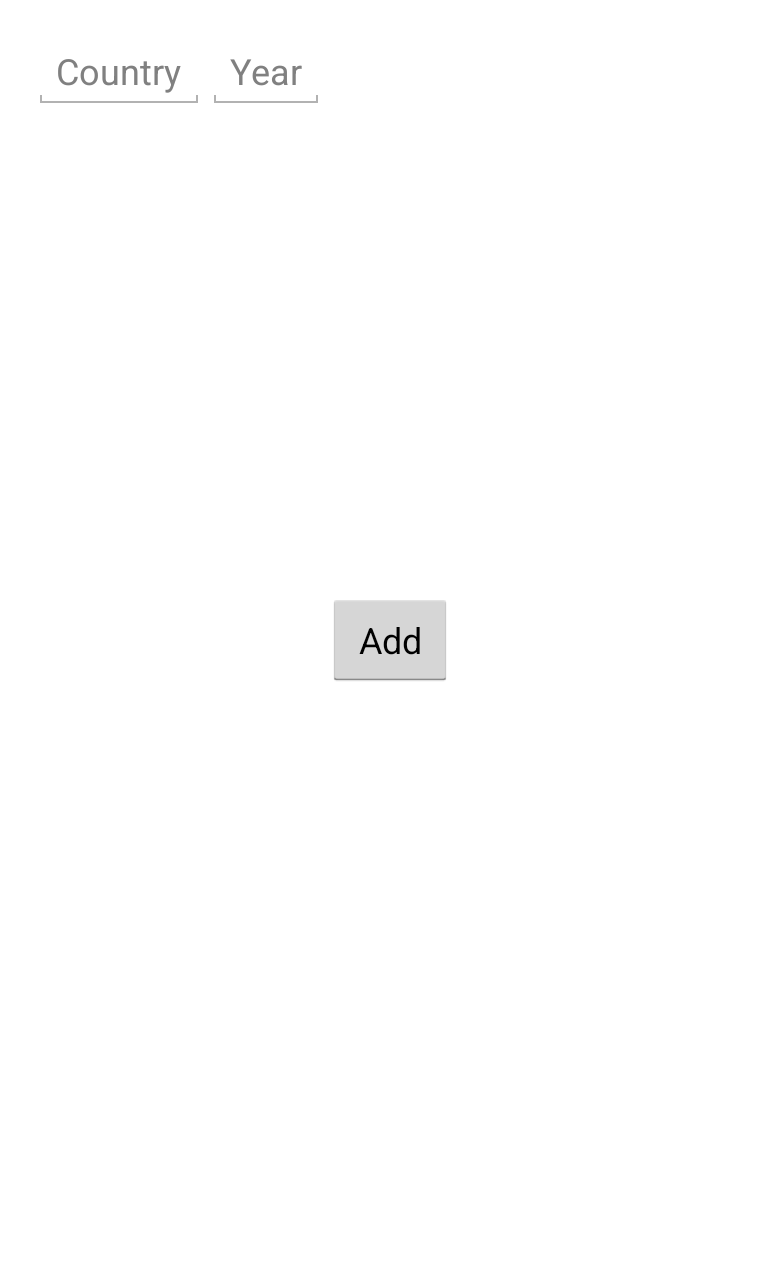
Repository: me222rs/AndroidLab1
Layout: MyCountries/res/layout/activity_my_counties.xml
The author's editor kept a copy of each file at every save. The layout is drawn from the files as they stood at one save, then again after the next save.
It is drawn on a 768 x 1280 px phone screen (xhdpi) without system bars, with theme AppTheme; the app's code is not run.

Above is the layout before, as saved 2014-11-19 10:02:02.

After the next save:
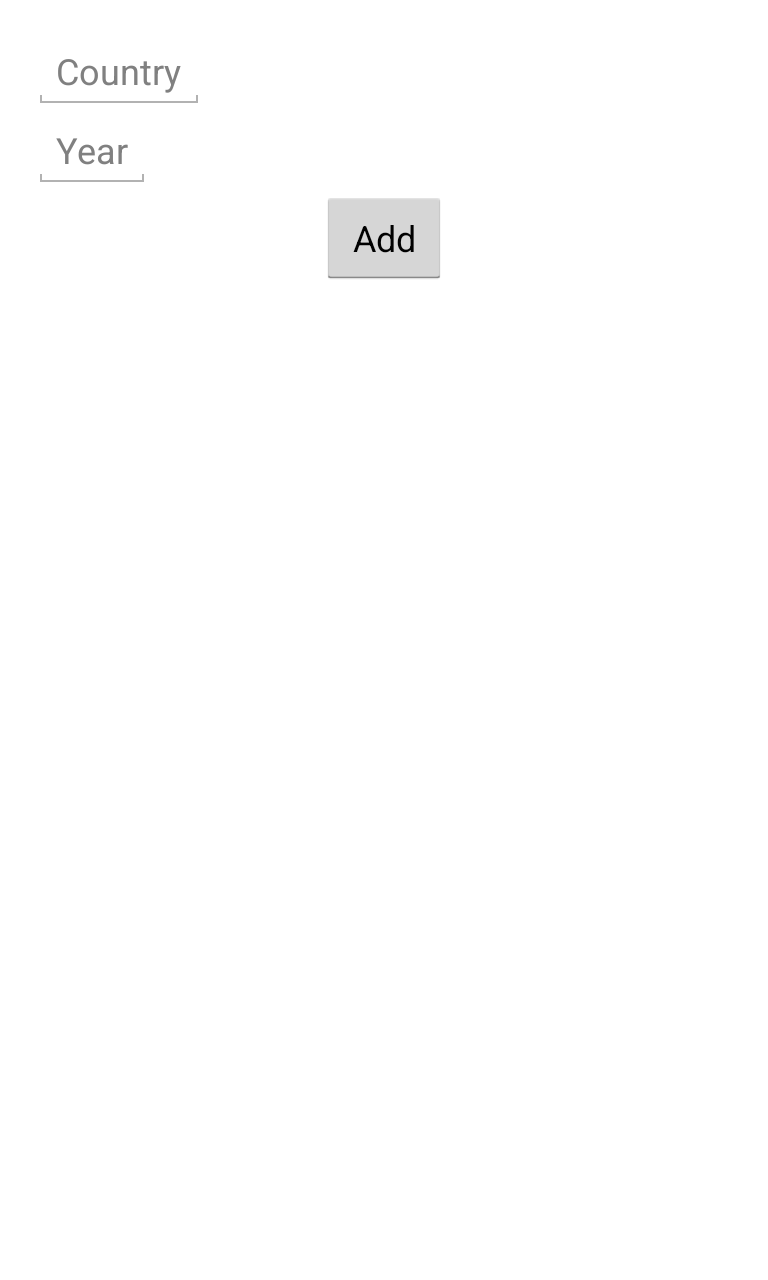
Saved 50 s later.
--- a/MyCountries/res/layout/activity_my_counties.xml
+++ b/MyCountries/res/layout/activity_my_counties.xml
@@ -6,7 +6,8 @@
     android:paddingLeft="@dimen/activity_horizontal_margin"
     android:paddingRight="@dimen/activity_horizontal_margin"
     android:paddingTop="@dimen/activity_vertical_margin"
-    tools:context="com.example.mycountries.MyCounties" >
+    tools:context="com.example.mycountries.MyCounties"
+    android:orientation="vertical">
 
 
 

After the save that followed:
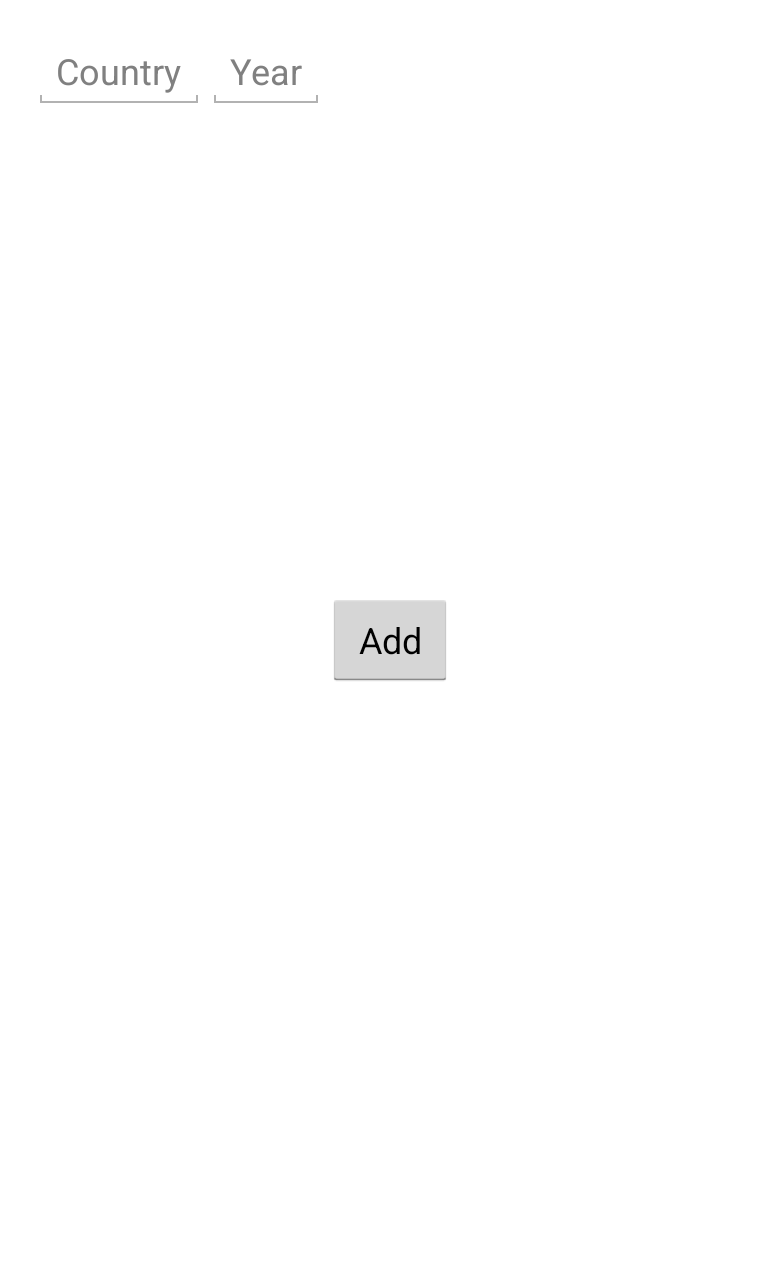
Saved 2 min 3 s later.
--- a/MyCountries/res/layout/activity_my_counties.xml
+++ b/MyCountries/res/layout/activity_my_counties.xml
@@ -6,8 +6,7 @@
     android:paddingLeft="@dimen/activity_horizontal_margin"
     android:paddingRight="@dimen/activity_horizontal_margin"
     android:paddingTop="@dimen/activity_vertical_margin"
-    tools:context="com.example.mycountries.MyCounties"
-    android:orientation="vertical">
+    tools:context="com.example.mycountries.MyCounties" >
 
 
 
